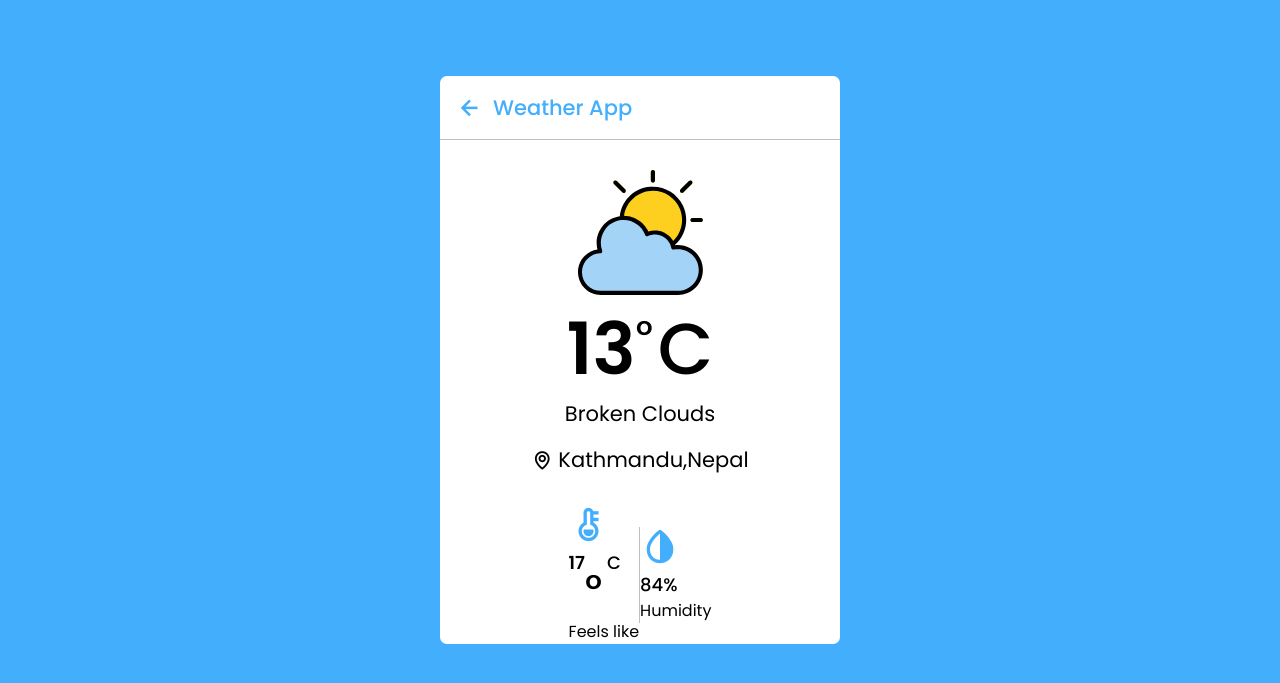
Repository: long13820/Weather-App-HTML-CSS-Javascript
Page: index.html
These files come from the project's save history. The page is drawn as it stood at one moment and after a run of saves; the edit follows.
The browser window is 1280 px wide. The pictures show the whole page.

Above is the page before, as saved 2021-09-02 11:33:08.

### index.html
<!DOCTYPE html>
<html lang="en">
<head>
    <meta charset="UTF-8">
    <meta http-equiv="X-UA-Compatible" content="IE=edge">
    <meta name="viewport" content="width=device-width, initial-scale=1.0">
    <title>Weather App</title>
    <link rel="stylesheet" href="style.css">

    <!--Linking Boxicon For Icon-->
    <link rel="stylesheet" href='https://unpkg.com/boxicons@2.0.9/css/boxicons.min.css' >


</head>
<body>
    <div class="wrapper">
        <header>
            <i class="bx bx-left-arrow-alt"></i>
            Weather App
        </header>
        <section class="input-part">
            <p class="info-txt pending">Please enter a valid city name</p>
            <input type="text" placeholder="Enter city name" spellcheck="false" required>
            <div class="separator"></div>
            <button>Get Device Location</button>
        </section>
        <section class="weather-part">
            <img src="/Weather Icons/cloud.svg" alt="Weather Icon">
            <div class="temp">
                <span class="numb">13</span>
                <span class="deg">°</span>C
            </div>
            <div class="weather">Broken Clouds</div>
            <div class="location">
                <i class="bx bx-map"></i>
                <span>Kathmandu,Nepal</span>
            </div>
            <div class="bottom-details">
                <div class="column feels">
                    <i class="bx bxs-thermometer"></i>
                    <div class="details">
                        <div class="temp">
                            <span class="numb">17</span>
                            <span class="deg">°</span>C
                        </div>
                        <p>Feels like</p>
                    </div>
                </div>
                <div class="column humidity">
                    <i class="bx bxs-droplet-half"></i>
                    <div class="details">
                        <span class="numb">84%</span>
                        <p>Humidity</p>
                    </div>
                </div>
            </div>
        </section>
    </div>
</body>
</html>

### style.css
/*Import Google Font - Poppins*/
@import url('https://fonts.googleapis.com/css2?family=Poppins:wght@400;500;600;700&display=swap');
*{
    margin: 0;
    padding: 0;
    box-sizing: border-box;
    font-family: 'Poppins', sans-serif;
}
body{
    display: flex;
    align-items: center;
    justify-content: center;
    min-height: 100vh;
    background: #43AFFC;
}
.wrapper{
    width: 400px;
    border-radius: 7px;
    background: white;
}
.wrapper header{
    color: #43AFFC;
    font-size: 21px;
    font-weight: 500;
    padding: 16px 15px;
    display: flex;
    align-items: center;
    border-bottom: 1px solid #bfbfbf;

}
header i{
    cursor: pointer;
    font-size: 30px;
    margin-right: 8px;
}
.wrapper .input-part{
    display: none;
    margin: 20px 25px 30px;
}
.input-part .info-txt{
    display: none;
    font-size: 17px;
    text-align: center;
    padding: 12px 7px;
    border-radius: 7px;
    margin-bottom: 15px;
}
.info-txt.error{
    display: block;
    color: #721c24;
    background: #f8d7da;
    border: 1px solid #f5c6cb;
}
.info-txt.pending{
    display: block;
    color: #0c5460;
    background: #d1ecf1;
    border: 1px solid #bee5eb;
}
.input-part :where(input, button){
    width: 100%;
    height: 55px;
    border: none;
    outline: none;
    font-size: 18px;
    border-radius: 7px;
}
.input-part input{
    text-align: center;
    border: 1px solid #bfbfbf;
}
.input-part input:is(:focus,:valid){

}
.input-part .separator{
    height: 1px;
    width: 100%;
    margin: 25px 0px;
    background: #ccc;
    display: flex;
    align-items: center;
    justify-content: center;
}
.separator::before{
    content: "or";
    background-color: white;
    font-size: 19px;
    padding: 0px 15px;
    background: #fff;
}
.input-part button{
    color: white;
    cursor: pointer;
    background: #43AFFC;
}

.wrapper .weather-part{
    margin: 30px 0 0;
    display: flex;
    align-items: center;
    justify-content: center;
    flex-direction: column;
}
.weather-part img{
    max-width: 125px;
}
.weather-part .temp{
    display: flex;
    font-size: 72px;
    font-weight: 500;
}
.weather-part .temp .numb{
    font-weight: 600;
}
.weather-part .temp .deg{
    font-size: 40px;
    margin: 10px 5px 0 0;
    display: block;
}
.weather-part .weather{
    font-size: 21px;
    text-align: center;
    margin: -5px 20px 15px;
}
.weather-part .location{
    display: flex;
    align-items: center;
    font-size: 21px;
    margin-bottom: 30px;
}
.location i{
    font-size: 22px;
    margin-right: 5px;
}
.weather-part .bottom-details{
    width: 100%;
    display: flex;
    align-items: center;
    justify-content: center;
}
.column i{
    color: #43AFFC;
    font-size: 40px;
}
.column.humidity{
    border-left: 1px solid #bfbfbf;
}
.details .temp, .humidity span{
    font-size: 18px;
    font-weight: 500;
}
.details

After the next 7 saves:
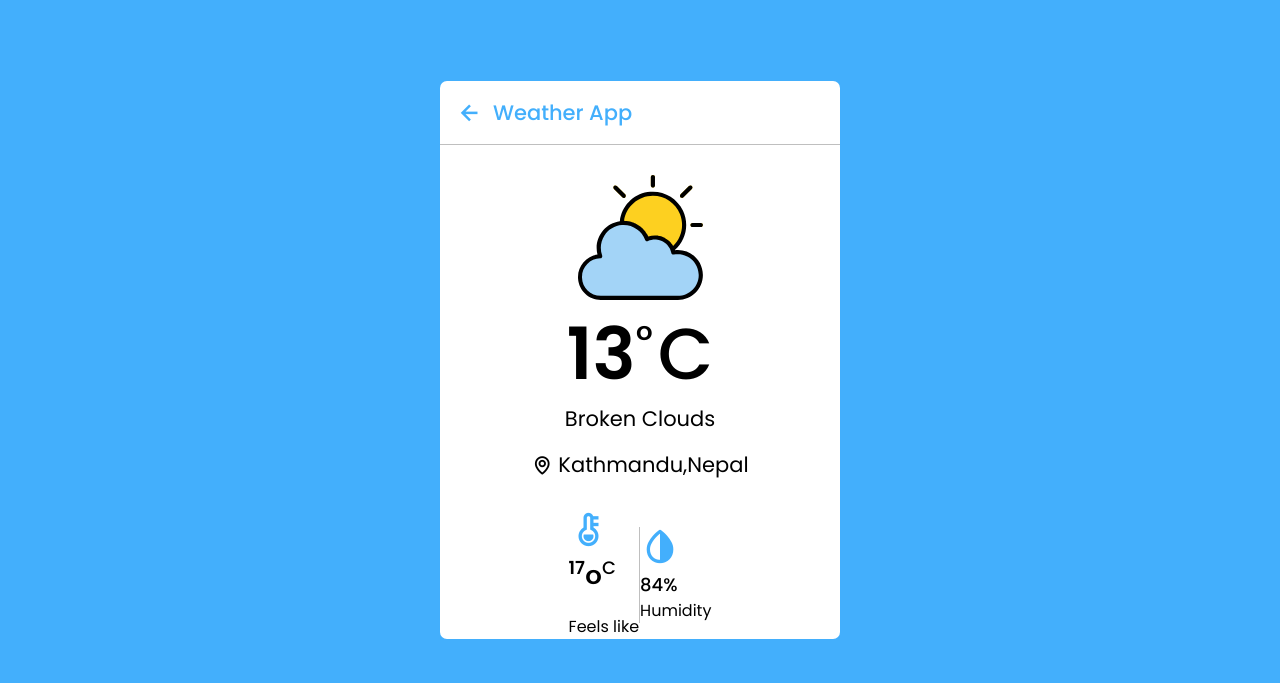
The 7 saves are shown as one change because they came seconds apart.
The last was saved 17 s later.
--- a/style.css
+++ b/style.css
@@ -149,4 +149,7 @@ header i{
     font-size: 18px;
     font-weight: 500;
 }
-.details
+.details .temp .deg{
+    margin: 0;
+
+}
